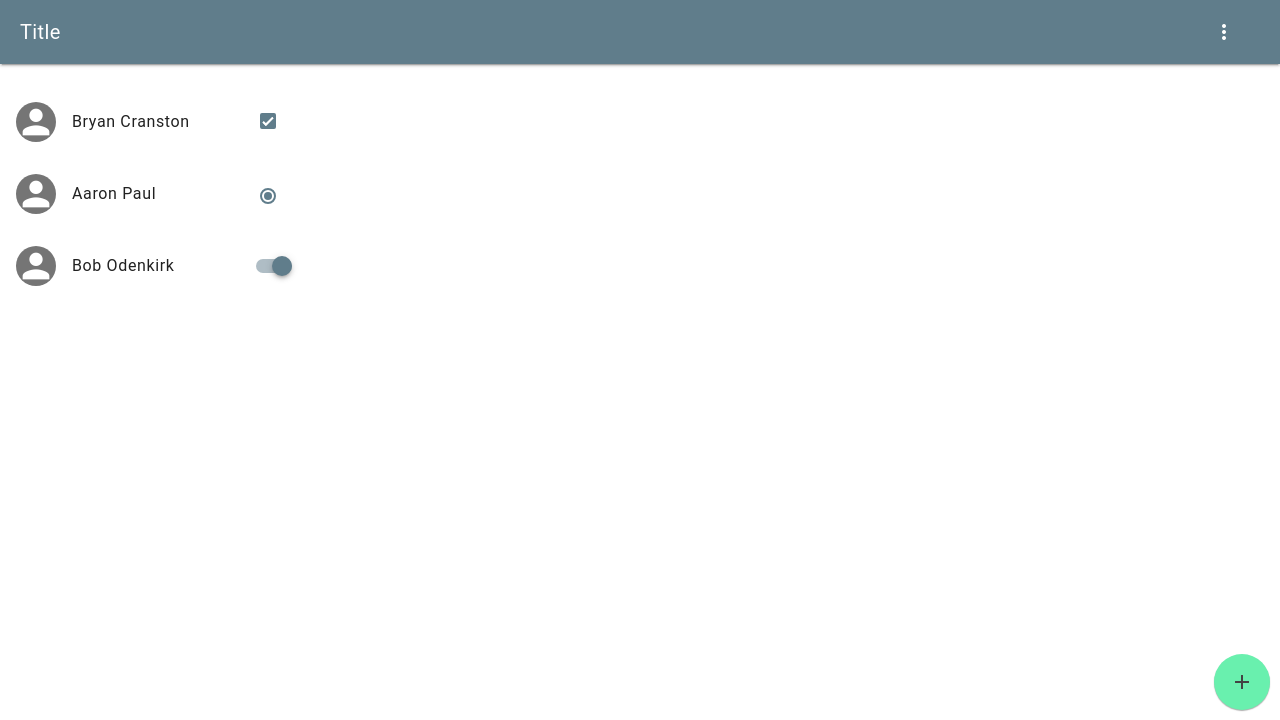
Repository: robertods/robertods.github.io
Page: my-pwa/mockups/main.html
These files come from the project's save history. The page is drawn as it stood at one moment and after the next save; the edit follows.
The browser window is 1280 px wide. The pictures show the whole page.

Above is the page before, as saved 2022-04-25 20:53:25.

### my-pwa/mockups/main.html
<!DOCTYPE html>
<html lang="en">
<head>
  <meta charset="UTF-8">
  <meta http-equiv="X-UA-Compatible" content="IE=edge">
  <meta name="viewport" content="width=device-width, initial-scale=1.0">
  <title>Document</title>
  <link rel="stylesheet" href="../vendor/mdl/material.min.css">
  <link rel="stylesheet" href="../vendor/mdl/icons.css">
  <link rel="stylesheet" href="../style.css">
</head>
<body>

  <div class="mdl-layout mdl-js-layout mdl-layout--fixed-header">
    <header class="mdl-layout__header">
      <div class="mdl-layout__header-row">
        <span class="mdl-layout-title">Title</span>
        <div class="mdl-layout-spacer"></div>
        <button id="demo-menu-lower-right" class="mdl-button mdl-js-button mdl-button--icon">
          <i class="material-icons">more_vert</i>
        </button>
        <ul class="mdl-menu mdl-menu--bottom-right mdl-js-menu mdl-js-ripple-effect"
            for="demo-menu-lower-right">
          <li class="mdl-menu__item">Borrar todos</li>
          <li class="mdl-menu__item">Borrar comprados</li>
          <li class="mdl-menu__item">Ordenar</li>
        </ul>
      </div>
    </header>
    <main class="mdl-layout__content">
      <div class="page-content">

      <!-- List with avatar and controls -->
      <style>
        .demo-list-control {
          width: 300px;
        }

        .demo-list-radio {
          display: inline;
        }
      </style>

        <ul class="demo-list-control mdl-list">
          <li class="mdl-list__item">
            <span class="mdl-list__item-primary-content">
              <i class="material-icons  mdl-list__item-avatar">person</i>
              Bryan Cranston
            </span>
            <span class="mdl-list__item-secondary-action">
              <label class="mdl-checkbox mdl-js-checkbox mdl-js-ripple-effect" for="list-checkbox-1">
                <input type="checkbox" id="list-checkbox-1" class="mdl-checkbox__input" checked />
              </label>
            </span>
          </li>
          <li class="mdl-list__item">
            <span class="mdl-list__item-primary-content">
              <i class="material-icons  mdl-list__item-avatar">person</i>
              Aaron Paul
            </span>
            <span class="mdl-list__item-secondary-action">
              <label class="demo-list-radio mdl-radio mdl-js-radio mdl-js-ripple-effect" for="list-option-1">
                <input type="radio" id="list-option-1" class="mdl-radio__button" name="options" value="1" checked />
              </label>
            </span>
          </li>
          <li class="mdl-list__item">
            <span class="mdl-list__item-primary-content">
              <i class="material-icons  mdl-list__item-avatar">person</i>
              Bob Odenkirk
            </span>
            <span class="mdl-list__item-secondary-action">
              <label class="mdl-switch mdl-js-switch mdl-js-ripple-effect" for="list-switch-1">
                <input type="checkbox" id="list-switch-1" class="mdl-switch__input" checked />
              </label>
            </span>
          </li>
        </ul>

        <button class="action-corner mdl-button mdl-js-button mdl-button--fab mdl-js-ripple-effect mdl-button--colored">
          <i class="material-icons">add</i>
        </button>
      </div>
    </main>
  </div>

  <script src="../vendor/mdl/material.min.js"></script>
</body>
</html>

### my-pwa/vendor/mdl/icons.css
/* fallback */
@font-face {
  font-family: 'Material Icons';
  font-style: normal;
  font-weight: 400;
  src: url(icons.woff2) format('woff2');
}

.material-icons {
  font-family: 'Material Icons';
  font-weight: normal;
  font-style: normal;
  font-size: 24px;
  line-height: 1;
  letter-spacing: normal;
  text-transform: none;
  display: inline-block;
  white-space: nowrap;
  word-wrap: normal;
  direction: ltr;
  -webkit-font-feature-settings: 'liga';
  -webkit-font-smoothing: antialiased;
}

### my-pwa/style.css
.mdl-layout__header-row {
  padding-left: 20px;
}

.action-corner {
  position: fixed;
  bottom: 10px;
  right: 10px;
}

Loaded but not shown: my-pwa/vendor/mdl/material.min.css (library); my-pwa/vendor/mdl/material.min.js (library)

After the next save:
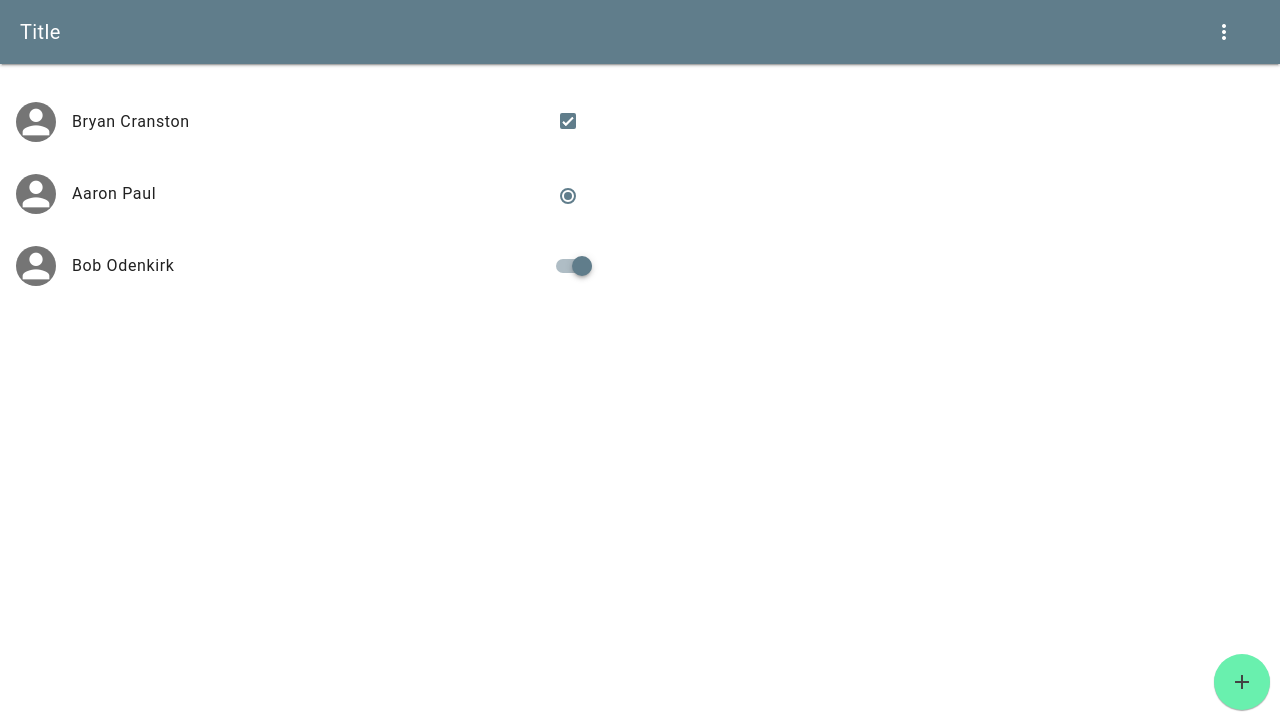
Saved 15 s later.
--- a/my-pwa/mockups/main.html
+++ b/my-pwa/mockups/main.html
@@ -33,7 +33,7 @@
       <!-- List with avatar and controls -->
       <style>
         .demo-list-control {
-          width: 300px;
+          width: 600px;
         }
 
         .demo-list-radio {
